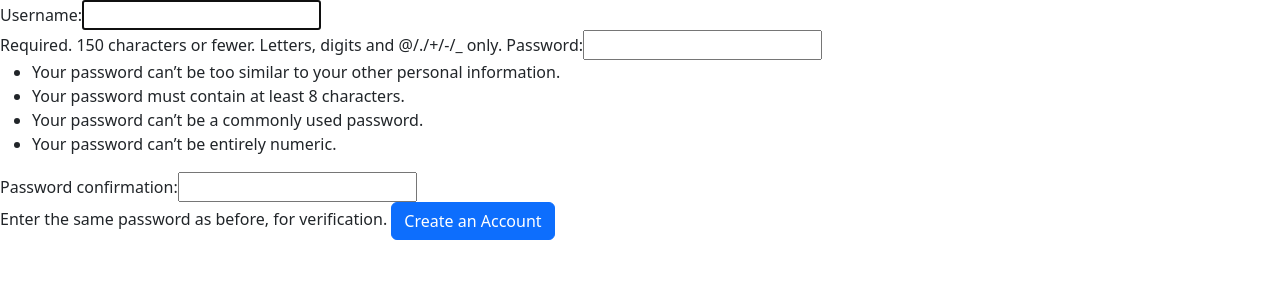
Repository: Ndifoinhilary/django_referrals_system
Page: http://localhost/signup/
These files come from the project's save history. The page is drawn as it stood at one moment and after the next save; the edit follows.
The browser window is 1280 px wide. The pictures show the whole page.
The page is served by the project's application, run on Django 3.2 (manage.py).

Above is the page before, as saved 2024-01-09 23:44:45.

After the next save:
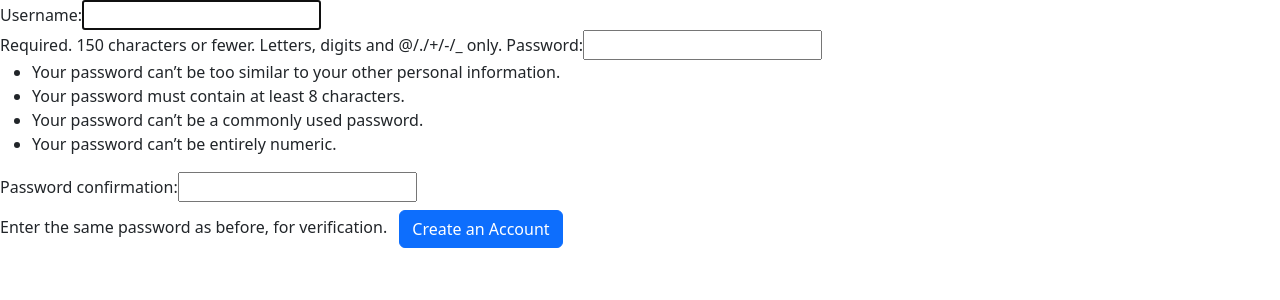
Saved 4 s later.
--- a/referrals/templates/signup.html
+++ b/referrals/templates/signup.html
@@ -7,7 +7,7 @@
   <form action="" method="post">
     {% csrf_token %}
     {{form}}
-    <button class="btn btn-primary m2"> Create an Account</button>
+    <button class="btn btn-primary m-2"> Create an Account</button>
 
   </form>
 {% endblock content %}
